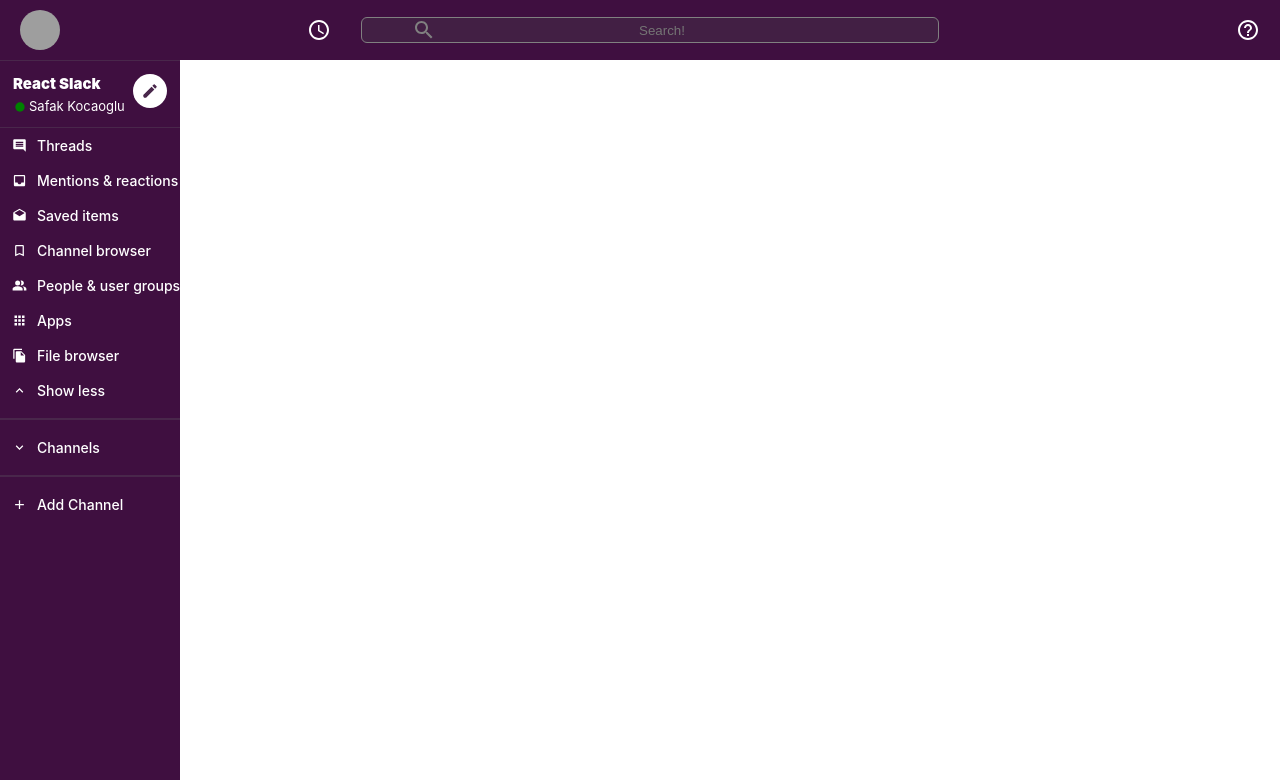
Repository: mminhaz93/React-Slack-Clone
Page: /
The author's editor kept a copy of each file at every save. The page is drawn from the files as they stood at one save, then again after the next save.
The browser window is 1280 px wide. The pictures show the whole page.
Pictures or frames that could not be fetched are drawn as grey boxes. The page's requests for data from a server got no answer. The project was rebuilt for these pictures with package versions that can differ from the ones it lists, and the page was loaded fresh each time. No one was signed in, and anything a server would have sent is missing. Also part of the build but not shown: src/Chat.css, src/Chat.js.

Above is the page before, as saved 2020-08-13 22:34:47.

After the next save:
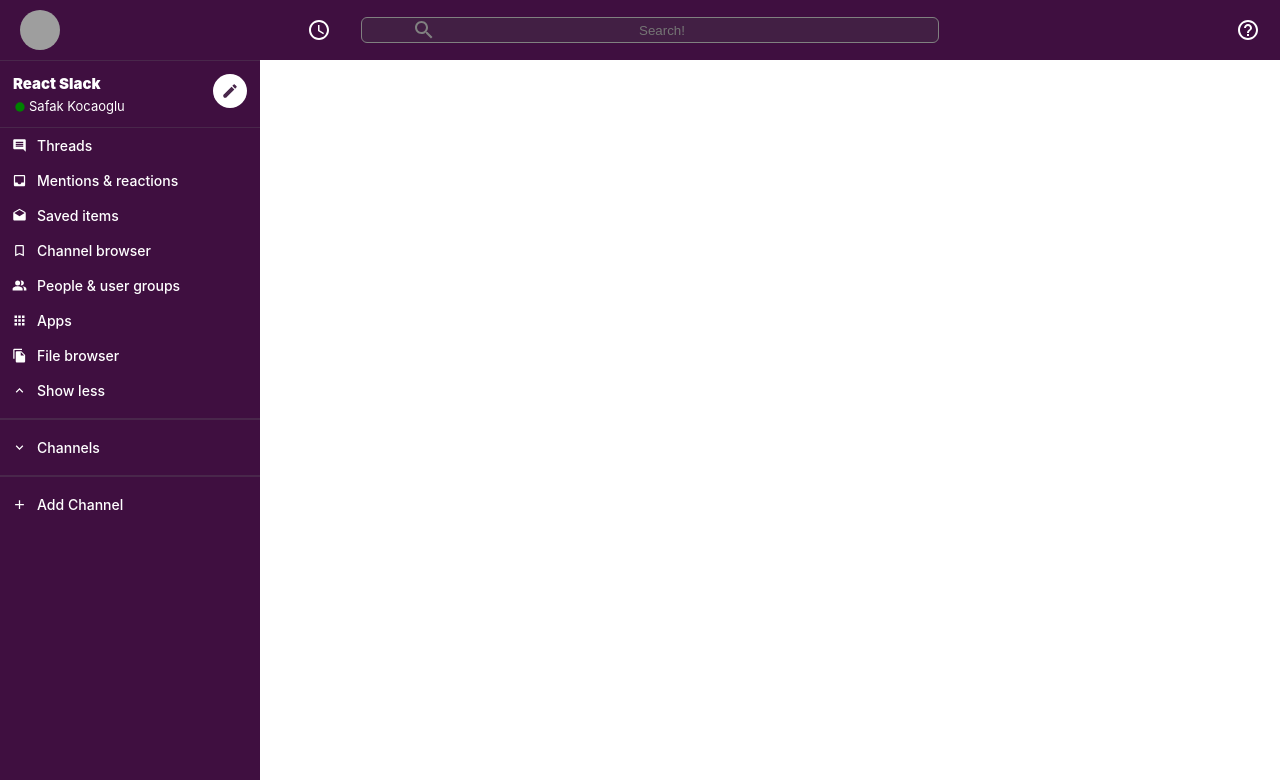
Saved 44 s later.
--- a/src/components/Sidebar.css
+++ b/src/components/Sidebar.css
@@ -1,5 +1,6 @@
 .sidebar {
   background-color: var(--slack-color);
+  flex: 0.3;
   border-top: 1px solid #49274b;
   max-width: 260px;
   color: white;
